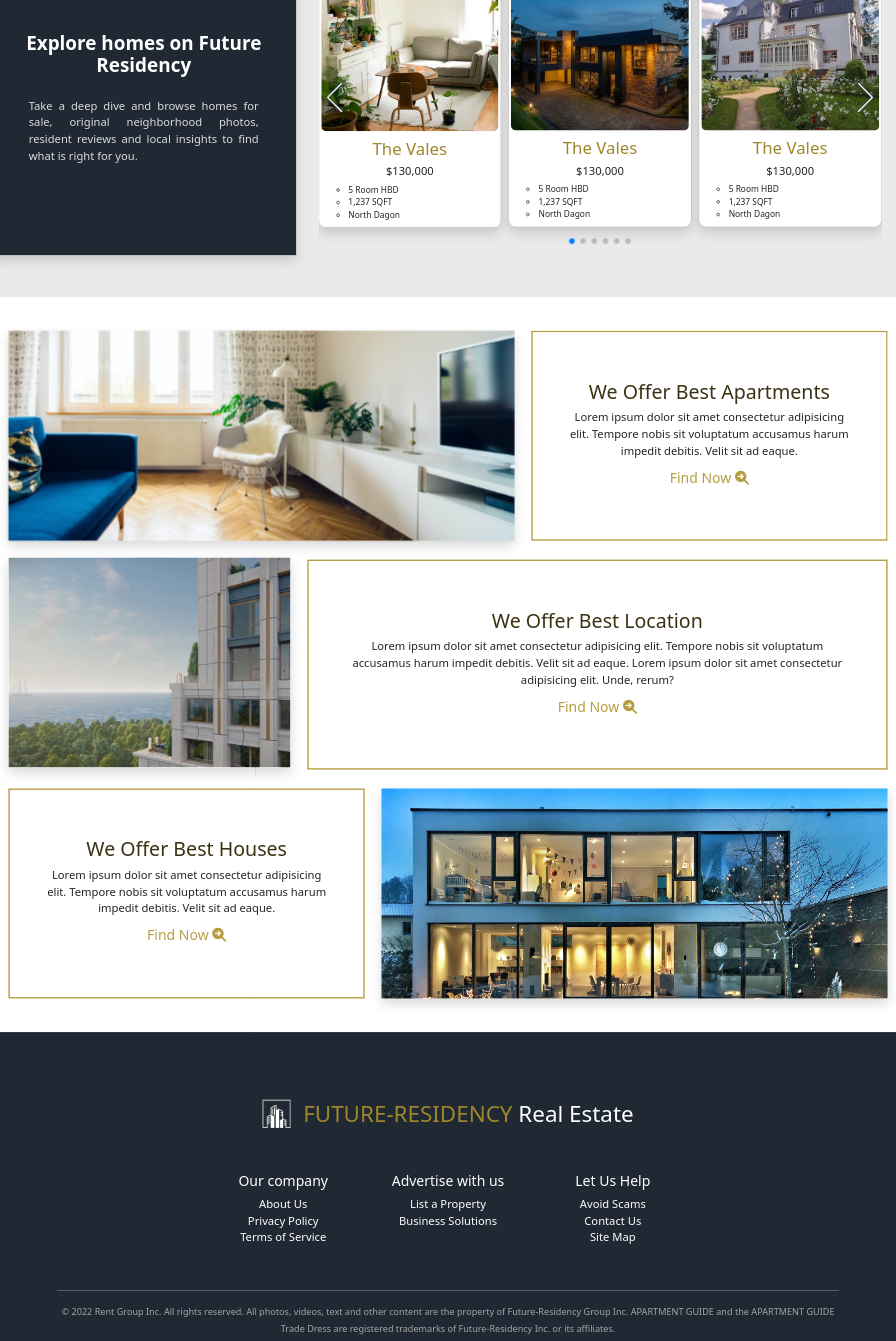
Repository: pyaestk/Future-residency
Page: index.html
An editor plug-in stored every save of this project. The page is shown before and after the next save, followed by the edit.
The browser window is 1280 px wide. The pictures show the part of the page from y = 849 to 2769 px (the page is 2765 px tall before and 2769 px after), at 70% of full size.
Pictures or frames that could not be fetched are drawn as grey boxes.

Above is the page before, as saved 2022-12-06 22:02:56.
Console error: ReferenceError: widdow is not defined

After the next save:
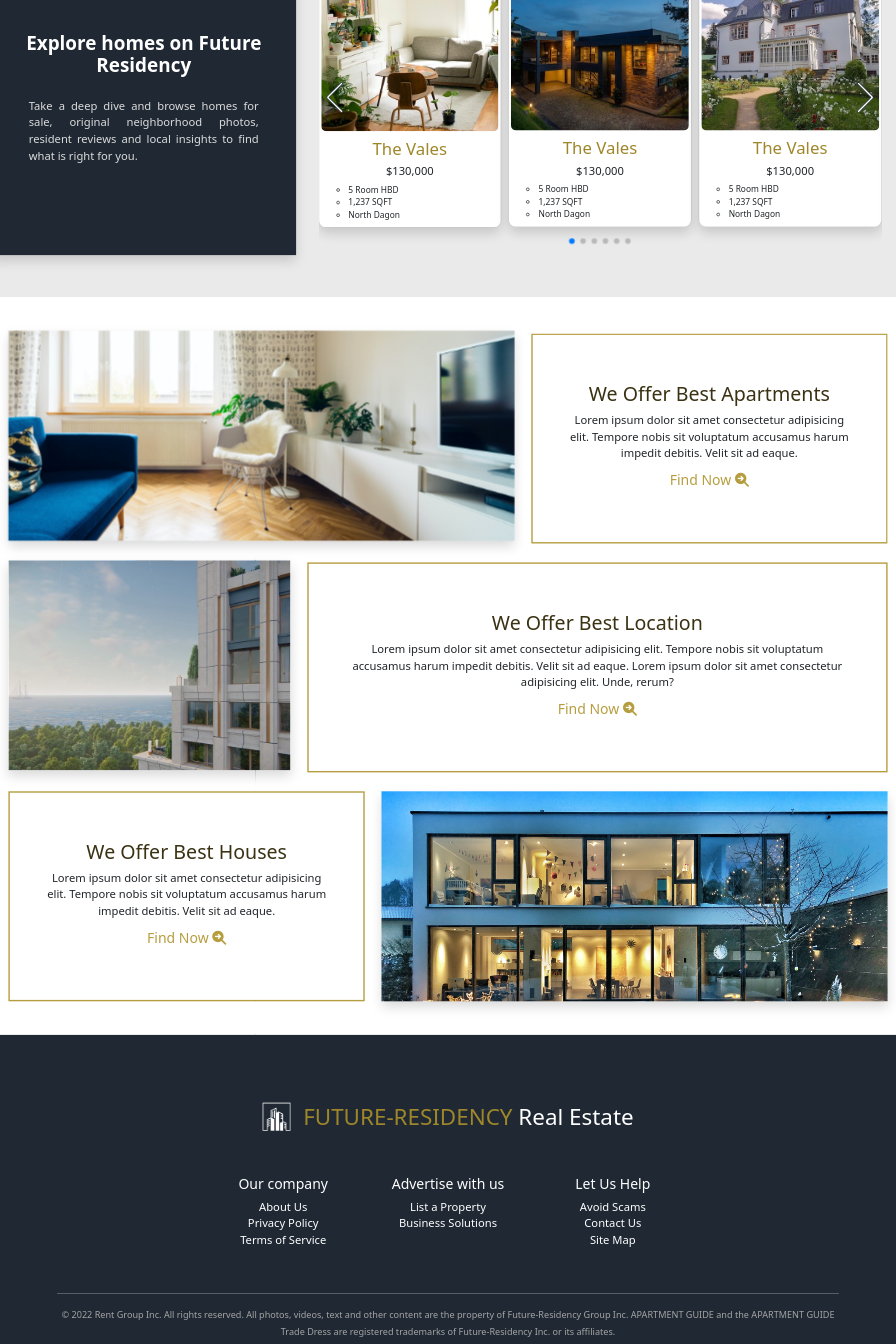
Saved 36 s later.
--- a/index.html
+++ b/index.html
@@ -371,7 +371,7 @@
         </div>
       </div>
       <div class=" col-md-5 d-flex flex-column justify-content-center">
-        <div class="pic1-caption d-flex flex-column justify-content-center px-5 align-items-center" id="reveal">
+        <div class="pic1-caption mt-1 d-flex flex-column justify-content-center px-5 align-items-center" id="reveal">
           <h3>We Offer Best Apartments</h3>
           <span>Lorem ipsum dolor sit amet consectetur adipisicing elit.
              Tempore nobis sit voluptatum accusamus harum impedit debitis.
